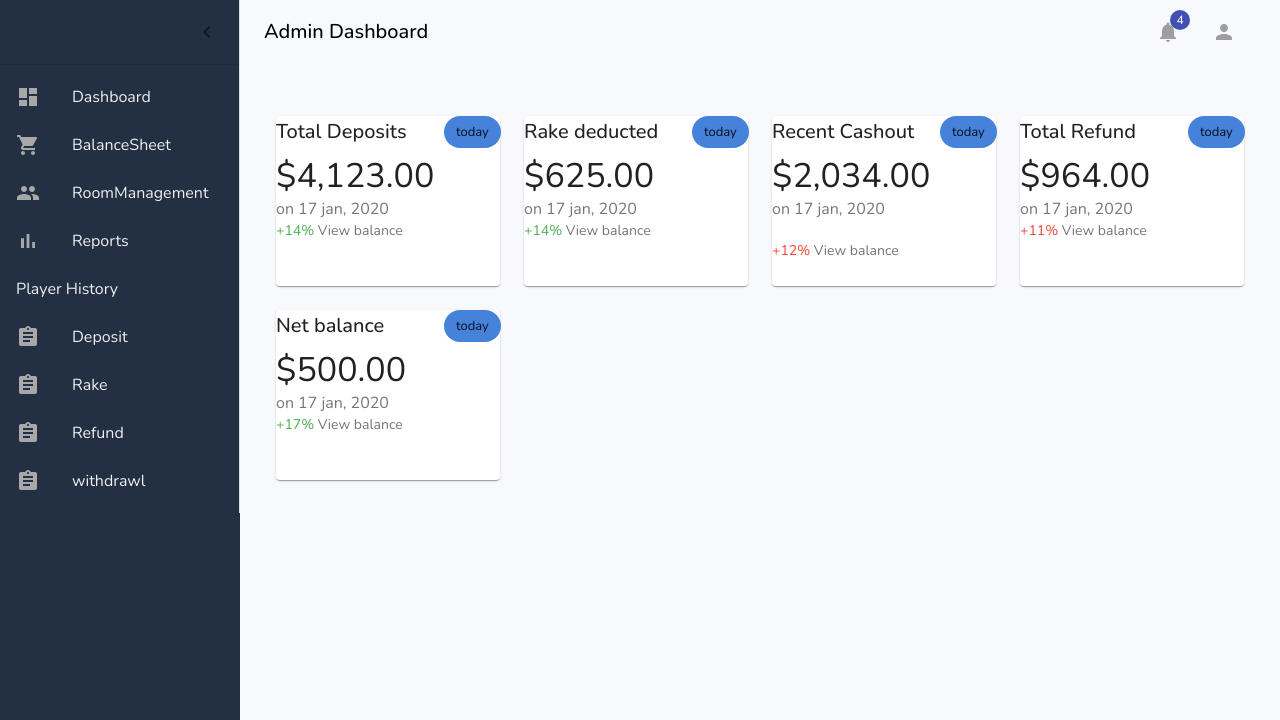
Repository: imayankbisht/ludofrontend
Page: /BalanceSheet
These files come from the project's save history. The page is drawn as it stood at one moment and after the next save; the edit follows.
The browser window is 1280 px wide. The pictures show the whole page.
The project was rebuilt for these pictures with package versions that can differ from the ones it lists, and the page was loaded fresh each time. Also part of the build but not shown: src/Components/UserControl.js, src/services/apiCall.js, src/Components/UserTable.js, src/Components/UserManagement.js, src/axios.js, src/Components/login.js, src/Components/UserForm.js, src/Components/EditForm.js.

Above is the page before, as saved 2021-01-20 14:19:39.

### src/App.js
import React from 'react';
import './App.css';
import {
  BrowserRouter as Router,
  Switch,
  Route,
 Redirect
} from "react-router-dom";
// import SignInOutContainer from './containers';
import Dashboard from './Components/Dashboard';
import Login from './Components/login';
// import RoomManagement from './Container/RoomManagement';
import UserManagement from './Components/UserManagement';
import UserForm from './Components/UserForm';
import EditForm from './Components/EditForm';
import BalanceSheet from './Components/balanceSheet';
import Routes from './routes';
import Main from './Container/Main';
 function App(props) {
  return (
    <div className="App">
  <Router >

   <Main/>
  </Router>


      </div>
  );
}


export default App;

### src/App.css
.App {
  /* text-align: center; */

}

.App-logo {
  height: 40vmin;
  pointer-events: none;
}

@media (prefers-reduced-motion: no-preference) {
  .App-logo {
    animation: App-logo-spin infinite 20s linear;
  }
}

.App-header {
  background-color: #282c34;
  min-height: 100vh;
  display: flex;
  flex-direction: column;
  align-items: center;
  justify-content: center;
  font-size: calc(10px + 2vmin);
  color: white;
}

.App-link {
  color: #61dafb;
}

@keyframes App-logo-spin {
  from {
    transform: rotate(0deg);
  }
  to {
    transform: rotate(360deg);
  }
}

### src/Components/balanceSheet.js
import React from 'react';
import Deposits from './Cards/Deposits';
import  Cashout from './Cards/Cashout';
import Netbalance from './Cards/Netbalance';
import Rake from './Cards/Rake';
import Refund from './Cards/Refund';
import { makeStyles } from '@material-ui/core/styles';
import Grid from '@material-ui/core/Grid';
import Paper from '@material-ui/core/Paper';
import Container from '@material-ui/core/Container';
import clsx from 'clsx';

const useStyles = makeStyles((theme) => ({
    container: {
        paddingTop: theme.spacing(4),
        paddingBottom: theme.spacing(4),
      },
      fixedHeight: {
        height: 170,
      },
    }));
export default function BalanceSheet(props){
    const classes = useStyles();
    const fixedHeightPaper = clsx(classes.paper, classes.fixedHeight);

    return(
        <div>
            <Container maxWidth="lg" className={classes.container}>
          <Grid container spacing={3}>

            <Grid item xs={12} md={4} lg={3}>
              <Paper className={fixedHeightPaper}>
                <Deposits />
              </Paper>
            </Grid>

            <Grid item xs={12} md={4} lg={3}>
              <Paper className={fixedHeightPaper}>
                <Rake />
              </Paper>
            </Grid>
            <Grid item xs={12} md={4} lg={3}>
              <Paper className={fixedHeightPaper}>
                <Cashout />
              </Paper>
            </Grid>

            <Grid item xs={12} md={4} lg={3}>
              <Paper className={fixedHeightPaper}>
                <Refund />
              </Paper>
            </Grid>
            <Grid item xs={12} md={4} lg={3}>
              <Paper className={fixedHeightPaper}>
                <Netbalance />
              </Paper>
            </Grid>


          </Grid>

        </Container>
        </div>
    )
}

### src/routes.js
import React from 'react';
import {
  BrowserRouter as Router,
  Switch,
  Route,
  Redirect
} from "react-router-dom";
// import SignInOutContainer from './containers';
import Dashboard from './Components/Dashboard';
import Login from './Components/login';
// import RoomManagement from './Container/RoomManagement';
import UserManagement from './Components/UserManagement';
import UserForm from './Components/UserForm';
import EditForm from './Components/EditForm';
import BalanceSheet from './Components/balanceSheet';
import Main from './Container/Main';
function Routes() {
  return (

    <Router >


      <Route>

        <Route path="/BalanceSheet" render={props => <BalanceSheet {...props} />} />

        <Route path="/roomManagement" render={props => <UserManagement {...props} />} />
        <Route path="/create" render={props => (
          <UserForm heading="Create Room" {...props} />
        )} />
        <Route exact path="/api/edit/:id" render={props => {
          return (
            <EditForm {...props} />
          )
        }} />


      </Route>


    </Router>

  );
}


export default Routes;

### src/Container/Main.js
import UserManagement from '../Components/UserManagement';
import {Switch ,Route,Redirect} from 'react-router-dom';
import UserForm from '../Components/UserForm';
import EditForm from '../Components/EditForm';
import React from 'react';
import Dashboard from '../Components/Dashboard';
import Sidebar from '../Components/Sidebar';
import Login from '../Components/login';
import Routes from '../routes';
export default function Main(props){
    return(
        <div>
            {/* <Switch>
                <Route exact path="/userman" render={props =><UserManagement {...props} />} />
                <Route exact path="/create" render={props =>(
                    <UserForm heading="Create Room" />
                )}/>
                <Route exact path="/api/edit/:id" render={props =>{
                    return(
                        <EditForm {...props}/>
                    )
                }}/>
            </Switch> */}
           {/* <Switch>

            <Route path="/login" component={Login} />
         <Route path="/Dashboard" component={Dashboard} />

            <Redirect from="/" to="/login" />
           </Switch> */}

          <Dashboard/>

        </div>
    )
}

### src/Components/Cards/Deposits.js
import React from 'react';
import Link from '@material-ui/core/Link';
import { makeStyles } from '@material-ui/core/styles';
import Typography from '@material-ui/core/Typography';
import Title from '../Title';
import { Grid } from '@material-ui/core';
import Chip from '@material-ui/core/Chip';

function preventDefault(event) {
  event.preventDefault();
}

const useStyles = makeStyles({
  depositContext: {
    flex: 1,
  },
});

export default function Deposits() {
  const classes = useStyles();
  return (
    <React.Fragment>
      <Grid container>
            <Grid item xs={12} md={4} lg={9}>
            <Title >Total Deposits  </Title>

            </Grid>
            <Grid item xs={12} md={4} lg={3}>
            <Chip label="today" style={{backgroundColor:'#4782da'}}/>
            </Grid>
        </Grid>
      <Typography component="p" variant="h4">
        $4,123.00
      </Typography>
      <Typography color="textSecondary" className={classes.depositContext}>
      on 17 jan, 2020
      </Typography>
      <div>
        <Link color="textSecondary" href="#" onClick={preventDefault}>
        <span style={{color:"#4caf50"}}> +14%</span>  View balance
        </Link>
      </div>
    </React.Fragment>
  );
}

### src/Components/Cards/Cashout.js
import React from 'react';
import Link from '@material-ui/core/Link';
import { makeStyles } from '@material-ui/core/styles';
import Typography from '@material-ui/core/Typography';
import Title from '../Title';
import Chip from '@material-ui/core/Chip';
import { Grid } from '@material-ui/core';

function preventDefault(event) {
  event.preventDefault();
}

const useStyles = makeStyles({
  depositContext: {
    flex: 1,
  },
});

export default function Cashout() {
  const classes = useStyles();
  return (
    <React.Fragment>
        <Grid container>
            <Grid item xs={12} md={4} lg={9}>
            <Title >Recent Cashout  <span></span></Title>

            </Grid>
            <Grid item xs={12} md={4} lg={3}>
            <Chip label="today" style={{backgroundColor:'#4782da'}} />
            </Grid>
        </Grid>


      <Typography component="p" variant="h4">
        $2,034.00
      </Typography>
      <Typography color="textSecondary" className={classes.depositContext}>
      on 17 jan, 2020
      </Typography>
      <div style={{marginTop:'20px'}}>
        <Link color="textSecondary" href="#" onClick={preventDefault}>
        <span style={{color:"#f44336"}}> +12%</span>  View balance
        </Link>
      </div>
    </React.Fragment>
  );
}

### src/Components/Cards/Netbalance.js
import React from 'react';
import Link from '@material-ui/core/Link';
import { makeStyles } from '@material-ui/core/styles';
import Typography from '@material-ui/core/Typography';
import Title from '../Title';
import { Grid } from '@material-ui/core';
import Chip from '@material-ui/core/Chip';

function preventDefault(event) {
  event.preventDefault();
}

const useStyles = makeStyles({
  depositContext: {
    flex: 1,
  },
});

export default function Netbalance() {
  const classes = useStyles();
  return (
    <React.Fragment>
      <Grid container>
            <Grid item xs={12} md={4} lg={9}>
            <Title >Net balance  <span></span></Title>

            </Grid>
            <Grid item xs={12} md={4} lg={3}>
            <Chip label="today" style={{backgroundColor:'#4782da'}} />
            </Grid>
        </Grid>
      <Typography component="p" variant="h4">
        $500.00
      </Typography>
      <Typography color="textSecondary" className={classes.depositContext}>
      on 17 jan, 2020
      </Typography>
      <div>
        <Link color="textSecondary" href="#" onClick={preventDefault}>
        <span style={{color:"#4caf50"}}> +17%</span>  View balance
        </Link>
      </div>
    </React.Fragment>
  );
}

### src/Components/Cards/Rake.js
import React from 'react';
import Link from '@material-ui/core/Link';
import { makeStyles } from '@material-ui/core/styles';
import Typography from '@material-ui/core/Typography';
import Title from '../Title';
import { Grid } from '@material-ui/core';
import Chip from '@material-ui/core/Chip';

function preventDefault(event) {
  event.preventDefault();
}

const useStyles = makeStyles({
  depositContext: {
    flex: 1,
  },
});

export default function Rake() {
  const classes = useStyles();
  return (
    <React.Fragment>
     <Grid container>
            <Grid item xs={12} md={4} lg={9}>
            <Title >Rake deducted <span></span></Title>

            </Grid>
            <Grid item xs={12} md={4} lg={3}>
            <Chip label="today" style={{backgroundColor:'#4782da'}}/>
            </Grid>
        </Grid>
      <Typography component="p" variant="h4">
        $625.00
      </Typography>
      <Typography color="textSecondary" className={classes.depositContext}>
      on 17 jan, 2020
      </Typography>
      <div>
        <Link color="textSecondary" href="#" onClick={preventDefault}>
        <span style={{color:"#4caf50"}}> +14%</span>  View balance
        </Link>
      </div>
    </React.Fragment>
  );
}

### src/Components/Cards/Refund.js
import React from 'react';
import Link from '@material-ui/core/Link';
import { makeStyles } from '@material-ui/core/styles';
import Typography from '@material-ui/core/Typography';
import Title from '../Title';
import { Grid } from '@material-ui/core';
import Chip from '@material-ui/core/Chip';

function preventDefault(event) {
  event.preventDefault();
}

const useStyles = makeStyles({
  depositContext: {
    flex: 1,
  },
});

export default function Refund() {
  const classes = useStyles();
  return (
    <React.Fragment>

     <Grid container>
            <Grid item xs={12} md={4} lg={9}>
            <Title >Total Refund  <span></span></Title>

            </Grid>
            <Grid item xs={12} md={4} lg={3}>
            <Chip label="today"  style={{backgroundColor:'#4782da'}} />
            </Grid>
        </Grid>
      <Typography component="p" variant="h4">
        $964.00
      </Typography>
      <Typography color="textSecondary" className={classes.depositContext}>
        on 17 jan, 2020
      </Typography>
      <div>
        <Link color="textSecondary" href="#" onClick={preventDefault}>
        <span style={{color:"#f44336"}}> +11%</span>  View balance
        </Link>
      </div>

    </React.Fragment>
  );
}

### src/Components/Sidebar.js
import React,{useState} from 'react';
import ListItem from '@material-ui/core/ListItem';
import {SidebarItems} from './SidebarItems';
import {Link} from 'react-router-dom';
import { ListItemText } from '@material-ui/core';
import ListItemIcon from '@material-ui/core/ListItemIcon';

export default function Sidebar(defaultActive) {
    const [activeIndex, setActiveIndex] = useState(defaultActive || 1);
    return (
        <>

                {

                    SidebarItems.map((item,index)=> {
                        const {name,icon,route}=item;

                        return (
                            <Link style={{ textDecoration: 'none'}} to={route}>
                            <ListItem style={{ color: '#eeeeee'}} key={name} active={index === activeIndex} >
                                {icon && <ListItemIcon style={{ color: '#a8a8a8'}}>{icon}</ListItemIcon>}
                               <ListItemText primary={name} />
                            </ListItem>
                            </Link>
                        );
                    })
                }

        </>
    );
}

### src/Components/Title.js
import React from 'react';
import PropTypes from 'prop-types';
import Typography from '@material-ui/core/Typography';
import "typeface-nunito";
import { ThemeProvider, createMuiTheme } from '@material-ui/core/styles';
const theme = createMuiTheme({
  typography: {
    fontFamily: [
      'nunito',
      'serif',
    ].join(','),
},});
export default function Title(props) {
  return (
   <ThemeProvider theme={theme}>
      <Typography component="h2" variant="h6" color="textsecondary" gutterBottom>
      {props.children}
    </Typography>
   </ThemeProvider>
  );
}

Title.propTypes = {
  children: PropTypes.node,
};

### src/Components/SidebarItems.js
import React from 'react';
import ListItem from '@material-ui/core/ListItem';
import ListItemIcon from '@material-ui/core/ListItemIcon';
import ListItemText from '@material-ui/core/ListItemText';
import ListSubheader from '@material-ui/core/ListSubheader';
import DashboardIcon from '@material-ui/icons/Dashboard';
import ShoppingCartIcon from '@material-ui/icons/ShoppingCart';
import PeopleIcon from '@material-ui/icons/People';
import BarChartIcon from '@material-ui/icons/BarChart';
import LayersIcon from '@material-ui/icons/Layers';
import AssignmentIcon from '@material-ui/icons/Assignment';
import Box from '@material-ui/core/Box';
import Divider from '@material-ui/core/Divider';
import "typeface-nunito";
import { ThemeProvider, createMuiTheme } from '@material-ui/core/styles';
import { Button } from '@material-ui/core';
import { Link } from 'react-router-dom';
const theme = createMuiTheme({

  typography: {
    fontFamily: [
      'Nunito',
      'serif',
    ].join(','),
  },
});
export const SidebarItems = [

  // <ThemeProvider theme={theme}>
  // <div>

  //  <ListItem button>
  //     <ListItemIcon>
  //       <DashboardIcon  style={{ color: '#a8a8a8'}}/>
  //     </ListItemIcon>
  //     <ListItemText style={{ color: '#eeeeee'}}  primary="Dashboard" />
  //   </ListItem>
  //   <ListItem button>
  //     <ListItemIcon>
  //       <ShoppingCartIcon style={{ color: '#a8a8a8'}}/>
  //     </ListItemIcon>
  //     <ListItemText style={{ color: '#eeeeee'}} primary="BalanceSheet" />
  //   </ListItem>
  //   <ListItem button>
  //     <ListItemIcon>
  //       <PeopleIcon style={{ color: '#a8a8a8'}} />
  //     </ListItemIcon>
  //     <Link style={{ textDecoration:'none'}}to="/UserManagement">

  //     <ListItemText style={{ color: '#eeeeee'}} primary="RoomManagement" />
  //     </Link>
  //   </ListItem>
  //   <ListItem button>
  //     <ListItemIcon>
  //       <BarChartIcon style={{ color: '#a8a8a8'}} />
  //     </ListItemIcon>
  //     <ListItemText style={{ color: '#eeeeee'}} primary="Reports" />
  //   </ListItem>
  //   <Divider />
  //   <ListSubheader style={{ color: '#eeeeee'}} inset>Player history</ListSubheader>
  //   <ListItem button>
  //     <ListItemIcon>
  //       <AssignmentIcon style={{ color: '#a8a8a8'}} />
  //     </ListItemIcon>
  //     <ListItemText style={{ color: '#eeeeee'}} primary="Deposit" />
  //   </ListItem>
  //   <ListItem button>
  //     <ListItemIcon>
  //       <AssignmentIcon style={{ color: '#a8a8a8'}} />
  //     </ListItemIcon>
  //     <ListItemText style={{ color: '#eeeeee'}} primary="Rake" />
  //   </ListItem>
  //   <ListItem button>
  //     <ListItemIcon>
  //       <AssignmentIcon style={{ color: '#a8a8a8'}} />
  //     </ListItemIcon>
  //     <ListItemText style={{ color: '#eeeeee'}} primary="Refund" />
  //   </ListItem>
  //   <ListItem button>
  //     <ListItemIcon>
  //       <AssignmentIcon style={{ color: '#a8a8a8'}} />
  //     </ListItemIcon>
  //     <ListItemText style={{ color: '#eeeeee'}} primary="Withdrawl" />
  //   </ListItem>


  // </div>
  // </ThemeProvider>
  {
    route:'/Dashboard',
    name: "Dashboard",
    icon:<DashboardIcon/>
  },
  {
    route:'/BalanceSheet',
    name: "BalanceSheet",
    icon:<ShoppingCartIcon/>
  },
  {
    route:'/roomManagement',
    name: "RoomManagement",
    icon:<PeopleIcon/>
  },
  {

    name: "Reports",
    icon:<BarChartIcon/>
  },
  {
    name: "Player History"
  },
  {
    name: "Deposit",
    icon:<AssignmentIcon/>
  },
  {
    name: "Rake",
    icon:<AssignmentIcon/>
  },
  {
    name: "Refund",
    icon:<AssignmentIcon/>
  },
  {
    name: "withdrawl",
    icon:<AssignmentIcon/>
  },

];

Loaded but not shown: public/index.html (common file); src/index.js (common file); src/index.css (common file); src/serviceWorker.js (common file); src/Components/Dashboard.js (286 lines, source omitted)

After the next save:
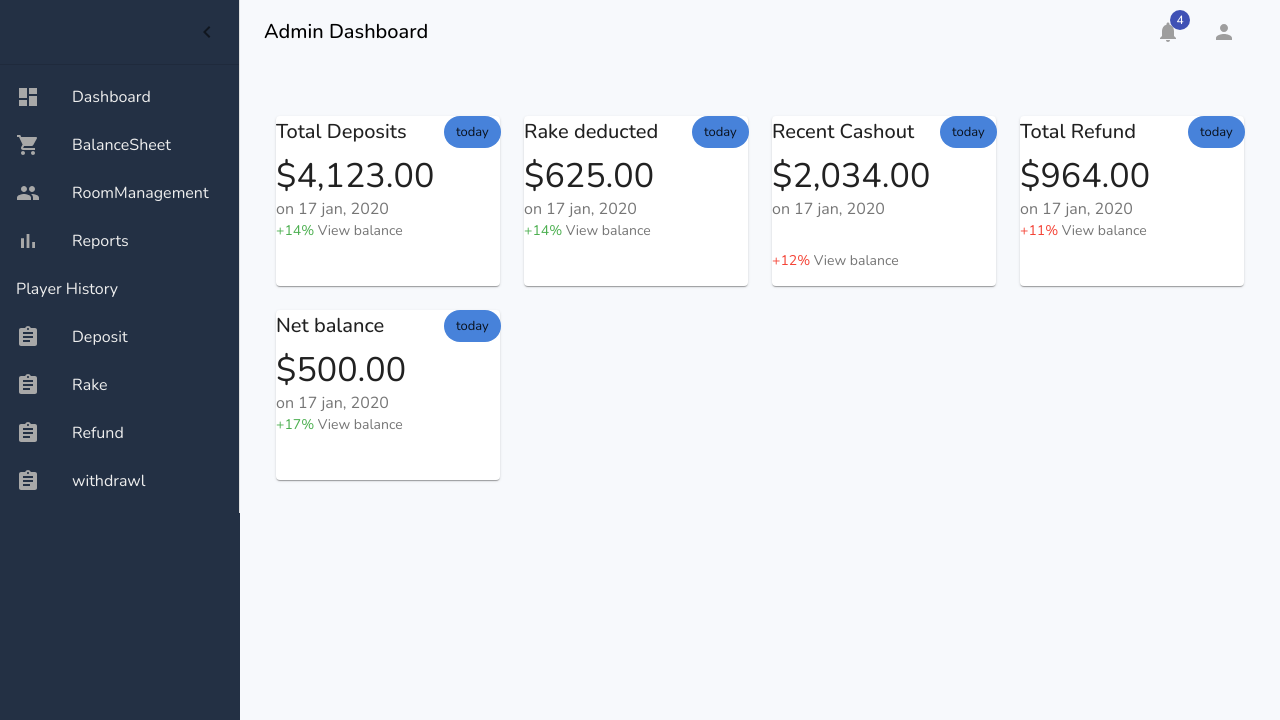
Saved 25 s later.
--- a/src/Components/Cards/Cashout.js
+++ b/src/Components/Cards/Cashout.js
@@ -37,7 +37,7 @@ export default function Cashout() {
       <Typography color="textSecondary" className={classes.depositContext}>
       on 17 jan, 2020
       </Typography>
-      <div style={{marginTop:'20px'}}>
+      <div style={{marginTop:'30px'}}>
         <Link color="textSecondary" href="#" onClick={preventDefault}>
         <span style={{color:"#f44336"}}> +12%</span>  View balance
         </Link>
